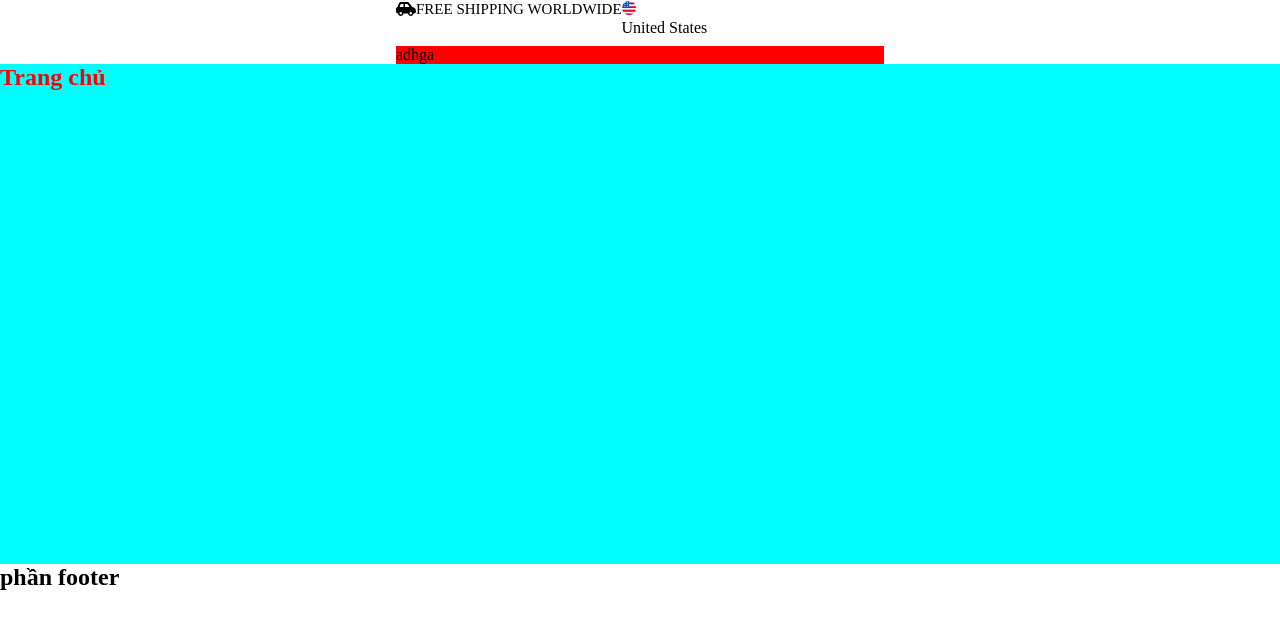
Repository: tatvanhco/shopper
Page: /
An editor plug-in stored every save of this project. The page is shown before and after a run of saves, followed by the edit.
The browser window is 1280 px wide. The pictures show the whole page.
The project was rebuilt for these pictures with package versions that can differ from the ones it lists, and the page was loaded fresh each time.

Above is the page before, as saved 2022-09-23 20:49:22.

### src/index.tsx
import React from 'react';
import { createRoot } from 'react-dom/client';
import { Provider } from 'react-redux';
import { store } from './app/store';
import App from './App';
import reportWebVitals from './reportWebVitals';
import './index.scss';

const container = document.getElementById('root')!;
const root = createRoot(container);

root.render(
    <React.StrictMode>
        <Provider store={store}>
            <App />
        </Provider>
    </React.StrictMode>,
);

// If you want to start measuring performance in your app, pass a function
// to log results (for example: reportWebVitals(console.log))
// or send to an analytics endpoint. Learn more: https://bit.ly/CRA-vitals
reportWebVitals();

### src/app/store.ts
import { configureStore, ThunkAction, Action, getDefaultMiddleware } from '@reduxjs/toolkit';
import createSagaMiddleware from '@redux-saga/core';
import rootSaga from './rootSaga';

const sagaMiddleware = createSagaMiddleware();
export const store = configureStore({
    reducer: {

    },
    middleware: (getDefaultMiddleware) => {
        return getDefaultMiddleware().concat(sagaMiddleware);
    },
});

sagaMiddleware.run(rootSaga);

export type AppDispatch = typeof store.dispatch;
export type RootState = ReturnType<typeof store.getState>;
export type AppThunk<ReturnType = void> = ThunkAction<ReturnType, RootState, unknown, Action<string>>;

### src/App.tsx
import React from 'react';
import './App.scss';
import Header from 'components/header/header';
import Footer from 'components/footer/footer';
import Home from 'pages/home/home';

function App() {
    return (
        <div className="App">
            <Header />
            <Home />
            <Footer />
        </div>
    );
}

export default App;

### src/index.scss
/* @import 'normalize.css'; */
@import url('https://fonts.googleapis.com/css2?family=Roboto:wght@300;400;500;700&display=swap');

body {
    margin: -15px 0 0 0;
    padding: 0;
    /* font-family: -apple-system, BlinkMacSystemFont, 'Segoe UI', 'Roboto', 'Oxygen', 'Ubuntu', 'Cantarell', 'Fira Sans',
        'Droid Sans', 'Helvetica Neue', sans-serif; */
    -webkit-font-smoothing: antialiased;
    -moz-osx-font-smoothing: grayscale;
}

html {
    margin: 0;
    padding: 0;
}

code {
    font-family: source-code-pro, Menlo, Monaco, Consolas, 'Courier New', monospace;
}

p {
    margin: 0 !important;
    line-height: initial;
}

h1,
h2 {
    margin: 0;
}

### src/app/rootSaga.ts
function* rootSaga() {
    console.log('hahahha');
}

export default rootSaga;

### src/App.scss
.container {
    padding: 0px 16px;
    margin: 0 380px;
}

.d-flex {
    display: flex;
}

.ul {
    list-style: none;
    padding-left: 0;
}

.title {
    font-size: 15px;
}

### src/components/header/header.tsx
import clsx from 'clsx';
import { FontAwesomeIcon } from '@fortawesome/react-fontawesome';
import { Fragment } from 'react';
import styles from './header.module.scss';
import { faCarSide } from '@fortawesome/free-solid-svg-icons';

function header() {
    return (
        <Fragment>
            <div className="header">
                <div className="container">
                    <div className={clsx(styles.headerContact)}>
                        <div className="headerContactRight">
                            <ul className={clsx('headerContactRightItems', 'ul', 'd-flex')}>
                                <li className={clsx('headerContactRightItem', 'd-flex')}>
                                    <FontAwesomeIcon icon={faCarSide} />
                                    <p className={clsx('title')}>FREE SHIPPING WORLDWIDE</p>
                                </li>
                                <li className={clsx('headerContactRightItem', 'd-flex')}>
                                    <div className="optionItem">
                                        <img
                                            src="data:[embedded picture, 137 characters]
                                                    nLzIwMDAvc3ZnIj4KPHBhdGggZD0iTTcgMTRDMTAuODY2IDE0IDE0IDEwLjg2NiAxNCA3QzE0IDMuMTM0MDEgMTAuODY2IDAgNyAwQzMuMTM0MDEgMCAwIDMuMTM0MDEgMCA3QzAgMTAuO
                                                    DY2IDMuMTM0MDEgMTQgNyAxNFoiIGZpbGw9IiNGMEYwRjAiLz4KPHBhdGggZD0iTTYuNjk1OCA2Ljk5OTk4SDE0LjAwMDFDMTQuMDAwMSA2LjM2ODE4IDEzLjkxNTkgNS43NTYxMiAxMy4
                                                    3NTkgNS4xNzM4OUg2LjY5NThWNi45OTk5OFoiIGZpbGw9IiNEODAwMjciLz4KPHBhdGggZD0iTTYuNjk1OCAzLjM0NzgzSDEyLjk3MjdDMTIuNTQ0MiAyLjY0ODU5IDExLjk5NjMgMi4wM
                                                    zA1NCAxMS4zNTc1IDEuNTIxNzNINi42OTU4VjMuMzQ3ODNaIiBmaWxsPSIjRDgwMDI3Ii8+CjxwYXRoIGQ9Ik02Ljk5OTk3IDE0QzguNjQ3NCAxNCAxMC4xNjE2IDEzLjQzMDYgMTEuMzU
                                                    3NCAxMi40NzgzSDIuNjQyNThDMy44MzgzMiAxMy40MzA2IDUuMzUyNTMgMTQgNi45OTk5NyAxNFoiIGZpbGw9IiNEODAwMjciLz4KPHBhdGggZD0iTTEuMDI3NDggMTAuNjUyMkgxMi45N
                                                    zI3QzEzLjMxNjcgMTAuMDkwOCAxMy41ODM1IDkuNDc3MjMgMTMuNzU4OSA4LjgyNjA3SDAuMjQxMjExQzAuNDE2Njc2IDkuNDc3MjMgMC42ODM0NjkgMTAuMDkwOCAxLjAyNzQ4IDEwLjY
                                                    1MjJaIiBmaWxsPSIjRDgwMDI3Ii8+CjxwYXRoIGQ9Ik0zLjI0MjUzIDEuMDkzMTVIMy44ODA0M0wzLjI4NzA3IDEuNTI0MjJMMy41MTM3MyAyLjIyMTczTDIuOTIwMzkgMS43OTA2NkwyL
                                                    jMyNzA2IDIuMjIxNzNMMi41MjI4NCAxLjYxOTE2QzIuMDAwNDEgMi4wNTQzNCAxLjU0MjUyIDIuNTY0MTkgMS4xNjUxNyAzLjEzMjI4SDEuMzY5NTdMMC45OTE4NjcgMy40MDY2OEMwLjk
                                                    zMzAyMyAzLjUwNDg0IDAuODc2NTg2IDMuNjA0NTYgMC44MjI1IDMuNzA1NzZMMS4wMDI4NiA0LjI2MDg3TDAuNjY2MzY3IDQuMDE2MzlDMC41ODI3MjMgNC4xOTM2IDAuNTA2MjE1IDQuM
                                                    zc0ODEgMC40Mzc0NDUgNC41NTk3OUwwLjYzNjE1MiA1LjE3MTQxSDEuMzY5NTdMMC43NzYyMDcgNS42MDI0OUwxLjAwMjg2IDYuM0wwLjQwOTUyNyA1Ljg2ODkzTDAuMDU0MTEzMyA2LjE
                                                    yNzE2QzAuMDE4NTM5MSA2LjQxMzEyIDAgNi43MDQzOSAwIDdIN0M3IDMuMTM0MDMgNyAyLjY3ODI3IDcgMEM1LjYxNzE3IDAgNC4zMjgxMSAwLjQwMTEzMyAzLjI0MjUzIDEuMDkzMTVaT
                                                    TMuNTEzNzMgNi4zTDIuOTIwMzkgNS44Njg5M0wyLjMyNzA2IDYuM0wyLjU1MzcxIDUuNjAyNDlMMS45NjAzNiA1LjE3MTQxSDIuNjkzNzdMMi45MjAzOSA0LjQ3MzlMMy4xNDcwMiA1LjE
                                                    3MTQxSDMuODgwNDNMMy4yODcwNyA1LjYwMjQ5TDMuNTEzNzMgNi4zWk0zLjI4NzA3IDMuNTYzMzZMMy41MTM3MyA0LjI2MDg3TDIuOTIwMzkgMy44Mjk3OUwyLjMyNzA2IDQuMjYwODdMM
                                                    i41NTM3MSAzLjU2MzM2TDEuOTYwMzYgMy4xMzIyOEgyLjY5Mzc3TDIuOTIwMzkgMi40MzQ3N0wzLjE0NzAyIDMuMTMyMjhIMy44ODA0M0wzLjI4NzA3IDMuNTYzMzZaTTYuMDI0NTkgNi4
                                                    zTDUuNDMxMjYgNS44Njg5M0w0LjgzNzkzIDYuM0w1LjA2NDU4IDUuNjAyNDlMNC40NzEyMiA1LjE3MTQxSDUuMjA0NjRMNS40MzEyNiA0LjQ3MzlMNS42NTc4OSA1LjE3MTQxSDYuMzkxM
                                                    0w1Ljc5Nzk0IDUuNjAyNDlMNi4wMjQ1OSA2LjNaTTUuNzk3OTQgMy41NjMzNkw2LjAyNDU5IDQuMjYwODdMNS40MzEyNiAzLjgyOTc5TDQuODM3OTMgNC4yNjA4N0w1LjA2NDU4IDMuNTY
                                                    zMzZMNC40NzEyMiAzLjEzMjI4SDUuMjA0NjRMNS40MzEyNiAyLjQzNDc3TDUuNjU3ODkgMy4xMzIyOEg2LjM5MTNMNS43OTc5NCAzLjU2MzM2Wk01Ljc5Nzk0IDEuNTI0MjJMNi4wMjQ1O
                                                    SAyLjIyMTczTDUuNDMxMjYgMS43OTA2Nkw0LjgzNzkzIDIuMjIxNzNMNS4wNjQ1OCAxLjUyNDIyTDQuNDcxMjIgMS4wOTMxNUg1LjIwNDY0TDUuNDMxMjYgMC4zOTU2MzdMNS42NTc4OSA
                                                    xLjA5MzE1SDYuMzkxM0w1Ljc5Nzk0IDEuNTI0MjJaIiBmaWxsPSIjMDA1MkI0Ii8+Cjwvc3ZnPgo="
                                            alt=""
                                        />
                                        <p>United States</p>
                                    </div>
                                </li>
                                <li className={clsx('headerContactRightItem', 'd-flex')}></li>
                                <li className={clsx('headerContactRightItem', 'd-flex')}></li>
                            </ul>
                        </div>
                        <div className="headerContactLeft"></div>
                    </div>
                    <div className={clsx(styles.headerFrom)}>adhga</div>
                </div>
            </div>
        </Fragment>
    );
}

export default header;

### src/components/footer/footer.tsx
function footer() {
    return <h2>phần footer</h2>;
}

export default footer;

### src/pages/home/home.tsx
import clsx from 'clsx';
import styles from './home.module.scss';

function Home() {
    return (
        <>
            <h2 className={clsx(styles.heading)}>Trang chủ</h2>
        </>
    );
}

export default Home;

### src/components/header/header.module.scss
.headerContact {
    height: 45px;
}

.headerFrom {
    background-color: red;
}

### src/pages/home/home.module.scss
.heading {
    height: 500px;
    background-color: aqua;
    color: red;
}

.active {
    background-color: yellow;
}

Loaded but not shown: public/index.html (common file); src/reportWebVitals.ts (common file)

After the next 7 saves:
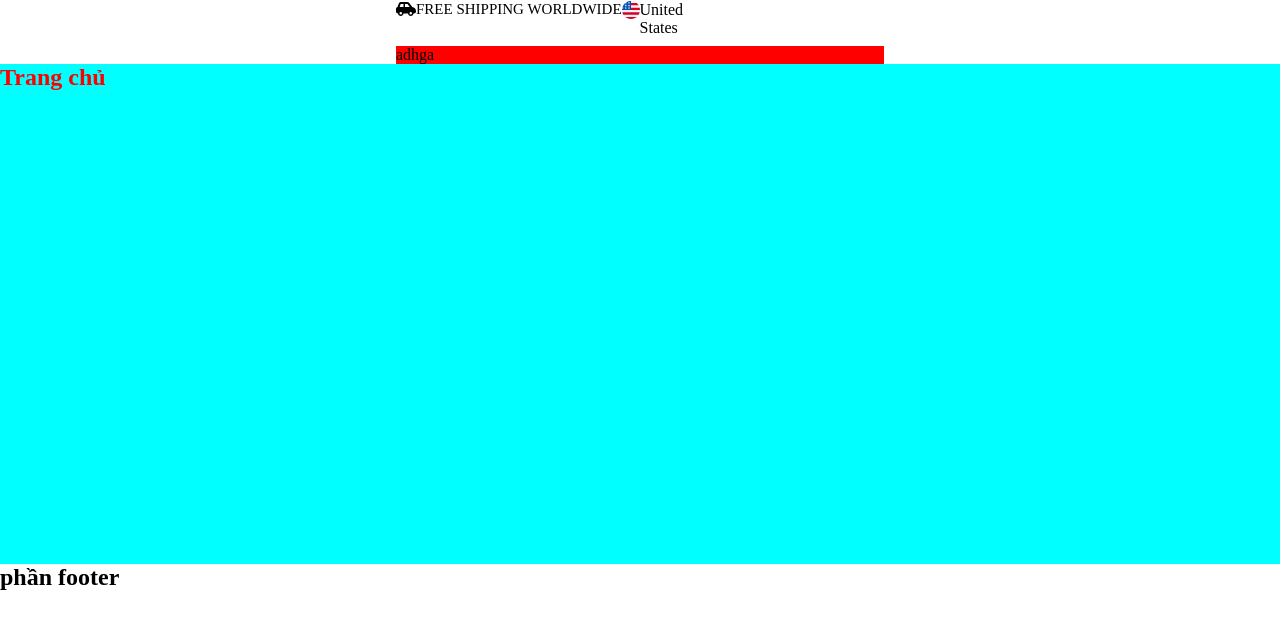
The 7 saves are shown as one change because 1 did not build or start and some came seconds apart.
The last was saved 34 s later.
--- a/src/components/header/header.tsx
+++ b/src/components/header/header.tsx
@@ -17,7 +17,7 @@ function header() {
                                     <p className={clsx('title')}>FREE SHIPPING WORLDWIDE</p>
                                 </li>
                                 <li className={clsx('headerContactRightItem', 'd-flex')}>
-                                    <div className="optionItem">
+                                    <div className={('optionItem', 'd-flex')}>
                                         <img
                                             src="data:[embedded picture, 137 characters]
                                                     nLzIwMDAvc3ZnIj4KPHBhdGggZD0iTTcgMTRDMTAuODY2IDE0IDE0IDEwLjg2NiAxNCA3QzE0IDMuMTM0MDEgMTAuODY2IDAgNyAwQzMuMTM0MDEgMCAwIDMuMTM0MDEgMCA3QzAgMTAuO
